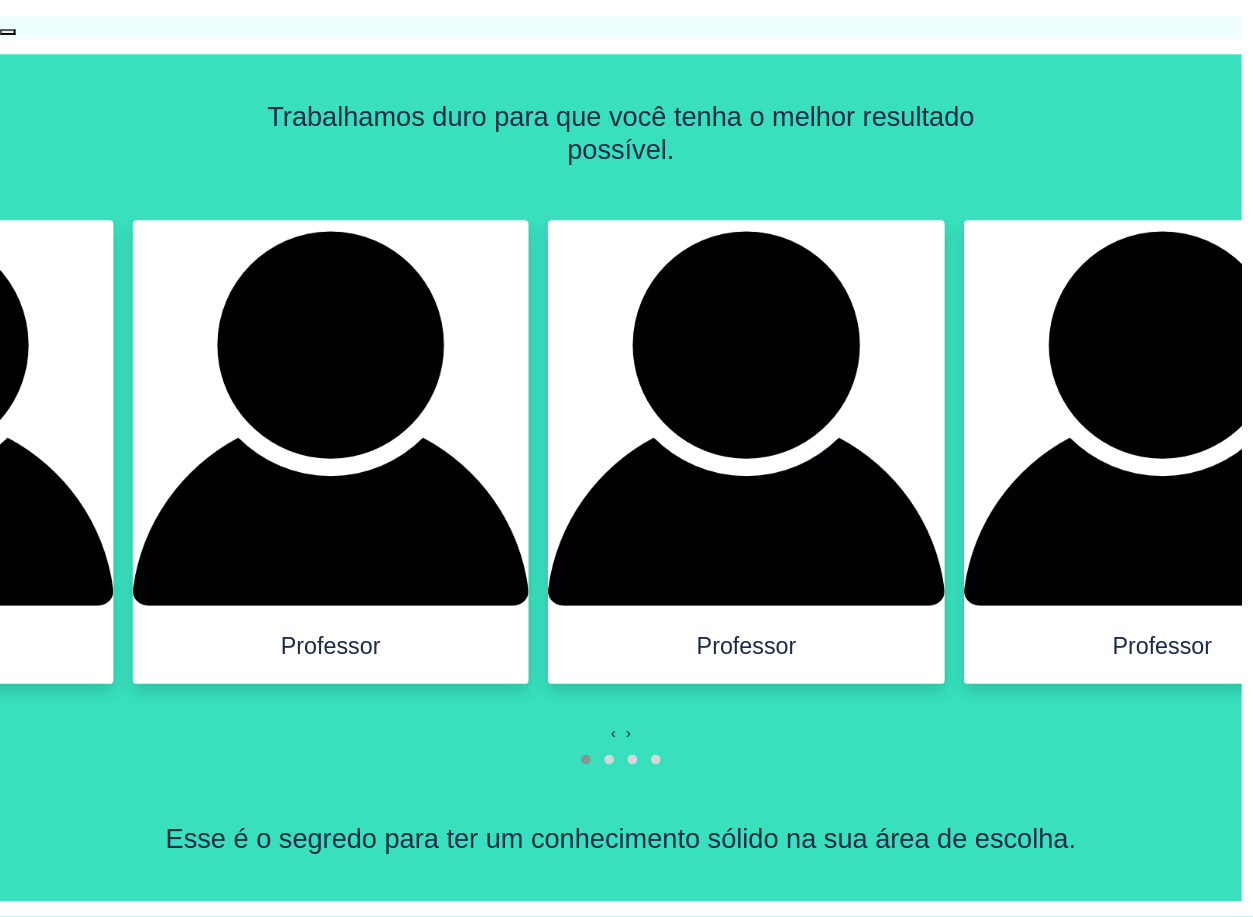
Repository: MarTech-Coders-Planejamento/site-oficial
Page: home.html
The author's editor kept a copy of each file at every save. The page is drawn from the files as they stood at one save, then again after the next save.
The browser window is 1280 px wide. The page is 1292 px wide, so the pictures cover 1292 px, including what lies to the right of the window. The pictures show the whole page, at 97% of full size.
Some web fonts or font styles are not loaded; a fallback is used.

Above is the page before, as saved 2021-10-23 00:23:05.

After the next save:
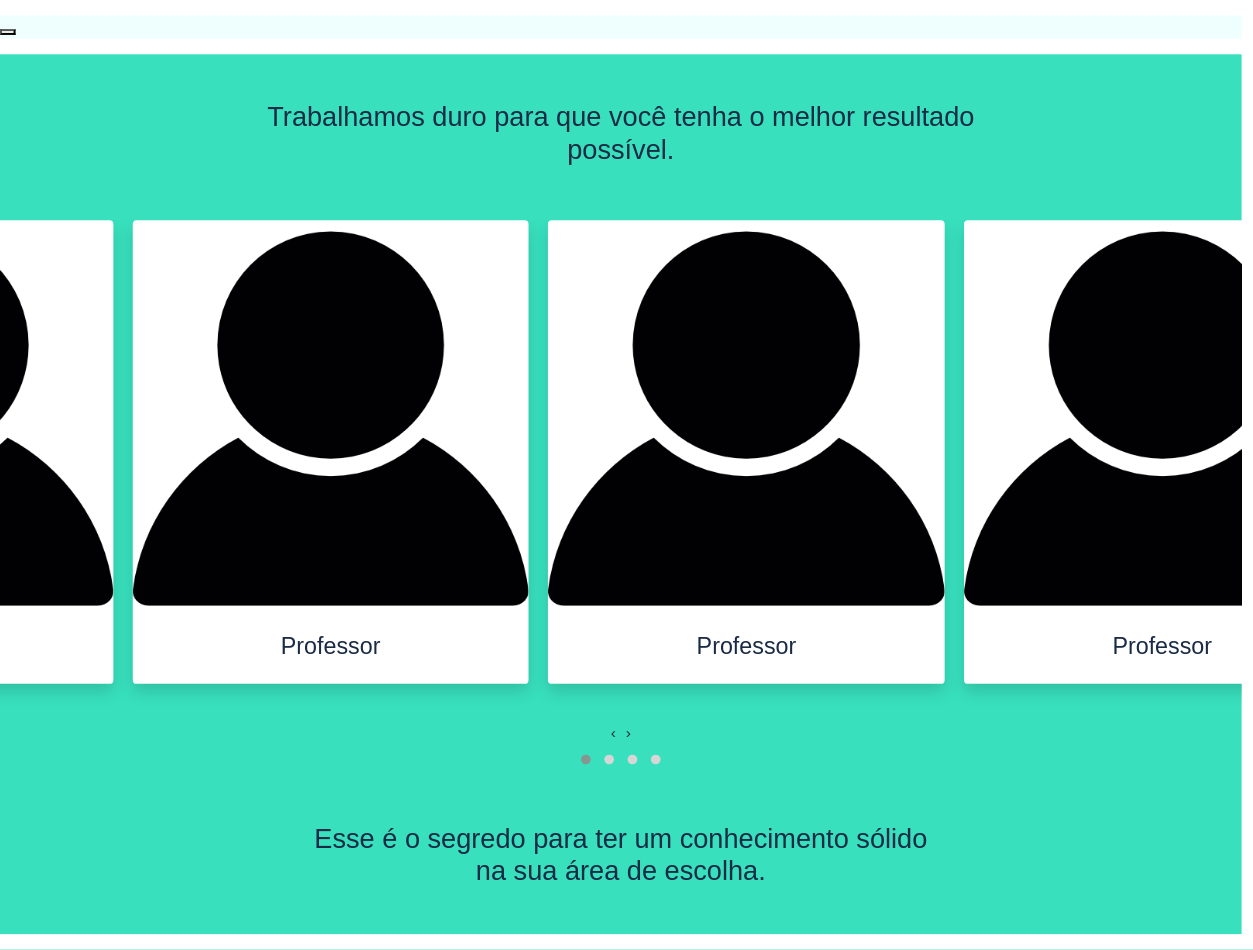
Saved 47 s later.
--- a/home.html
+++ b/home.html
@@ -201,7 +201,7 @@
             </div>
           </div>
           <p class='h3 p-5 text-center'>
-            Esse é o segredo para ter um conhecimento sólido na sua área de
+            Esse é o segredo para ter um conhecimento sólido <br> na sua área de
             escolha.
           </p>
         </section>
